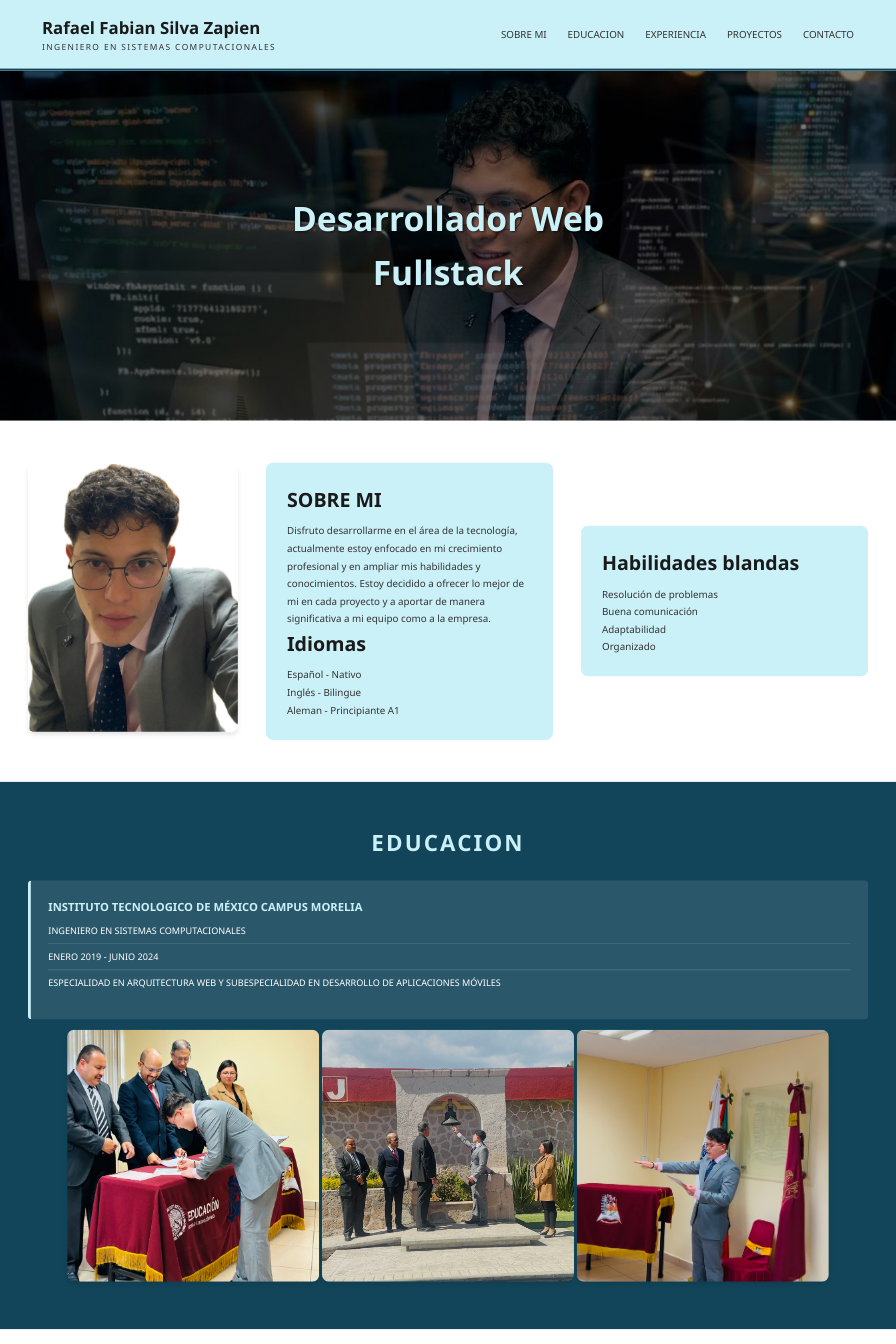
Repository: rafaelsilva2k/mi-portafolio
Page: index.html
The author's editor kept a copy of each file at every save. The page is drawn from the files as they stood at one save, then again after the next save.
The browser window is 1280 px wide. The pictures show the part of the page from y = 0 to 1920 px (the page is 3319 px tall), at 70% of full size.

Above is the page before, as saved 2026-04-17 12:59:29.

### index.html
<!DOCTYPE html>
<html lang="en">
<head>
    <meta charset="UTF-8">
    <meta name="viewport" content="width=device-width, initial-scale=1.0">
    <title>Rafael Fabian Silva Zapien</title>
    <link rel="stylesheet" href="styles.css">
</head>
<body>
    <!-- HEADER: Nombre, Profesión y Menú de Navegación -->
    <header class="header">
        <div class="header-content">
            <div class="logo-section">
                <h1>Rafael Fabian Silva Zapien</h1>
                <p class="profession">INGENIERO EN SISTEMAS COMPUTACIONALES</p>
            </div>

            <nav class="navbar">
                <ul>
                    <li><a href="#sobre-mi">SOBRE MI</a></li>
                    <li><a href="#educacion">EDUCACION</a></li>
                    <li><a href="#experiencia">EXPERIENCIA</a></li>
                    <li><a href="#proyectos">PROYECTOS</a></li>
                    <li><a href="#contacto">CONTACTO</a></li>
                </ul>
            </nav>
        </div>
    </header>

    <!-- HERO SECTION: Imagen grande con texto "Desarrollador Web Fullstack" -->
     <section class="hero">
        <div class="hero-content">
            <h2>Desarrollador Web<br>Fullstack</h2>
        </div>
     </section>

     <!-- SECCIÓN SOBRE MÍ: Foto + Descripción -->
      <section id="sobre-mi" class="sobre-mi">
        <div class="sobre-mi-container">
            <div class="sobre-mi-foto">
                <img src="images/me.png" alt="Rafael Silva">
            </div>
            <div class="sobre-mi-texto">
                <h2>SOBRE MI</h2>
                <p>Disfruto desarrollarme en el área de la tecnología, actualmente estoy enfocado en mi crecimiento profesional y en ampliar mis habilidades y conocimientos. Estoy decidido a ofrecer lo mejor de mi en cada proyecto y a aportar de manera significativa a mi equipo como a la empresa.</p>
                <h2>Idiomas</h2>
                <p>Español - Nativo <br> Inglés - Bilingue <br> Aleman - Principiante A1</p>
            </div>
            <div class="sobre-mi-texto">
                <h2>Habilidades blandas</h2>
                <p> Resolución de problemas <br> Buena comunicación <br> Adaptabilidad <br> Organizado</p>
            </div>
        </div>
      </section>

      <!--Seccion de Educacion-->
      <section id="educacion" class="educacion">
        <h2>EDUCACION</h2>
        <div class="educacion-content">
            <div class="educacion-item">
                <h4>INSTITUTO TECNOLOGICO DE MÉXICO CAMPUS MORELIA</h4>
                <p>INGENIERO EN SISTEMAS COMPUTACIONALES</p>
                <p>ENERO 2019 - JUNIO 2024</p>
                <p>ESPECIALIDAD EN ARQUITECTURA WEB Y SUBESPECIALIDAD EN DESARROLLO DE APLICACIONES MÓVILES</p>
            </div>
            <div class="education-item">
                <div class="education-photos">
                    <img src="images/FirmaTitulacion.jpeg">
                    <img src="images/campanaTitulacion.jpeg">
                    <img src="images/titulacion.jpeg">
                </div>
            </div>
        </div>
      </section>

      <section id="experiencia" class="experiencia">
        <h2>EXPERIENCIA PROFESIONAL</h2>
            <div class="experiencia-content">
                <div class="experiencia-item">
                    <h3>HARMAN a Samsung Company</h3>
                    <p>Residencias Profesionales HARMAN, Samsung Company Enero - Junio 2024 </p><br>
                    <h5>PROYECTO DE SALIDAS MISCELÁNEAS</h5>
                    <p></p>Se trabajo en el desarrolló de una página web que permitió a la empresa
                    controlar y gestionar los productos salientes. Además, se coordinó el flujo de
                    aprobación entre diversas áreas como comercio exterior, logística y seguridad. <br> <br>
                    <h5>PROYECTO COSTO DE BIENES VENDIDOS (COGS)</h5>
                    Se trabajo en la automatización el cálculo de COGS e implementó un módulo
                    que agiliza la obtención de datos para el reporte de COGS, logrando un análisis
                    más detallado y una representación gráfica eficaz de la información.</p>
                </div>
                <div class="experiencia-item">
                    <h3>FIRA - Fideicomisos Instituidos en Relación con la Agricultura</h3>
                    <p>Desarrollador Fullstack en FIRA, Morelia Julio 2024 - Actualidad <br> <br>
                    • Migración, mejora y mantenimiento de múltiples aplicaciones institucionales,
                    entre ellas: Mesa de Servicios, Reservación de Salas, Seguimientos SIPOT,
                    Solicitudes INAI, Ingresos Retenciones, SIPOT, entre otras.
                    Aplicaciones desarrolladas en CodeIgniter (PHP), JavaScript, HTML y CSS,
                    en las cuales realicé correcciones críticas, optimizaciones de rendimiento y
                    mejoras funcionales.
                    Implementación de consumo de APIs internas de FIRA (Capital Humano)
                    cuando fue requerido.
                    Sustitución de vistas de Capital Humano en base de datos por procesos
                    internos más eficientes.
                    Todas las aplicaciones intervenidas fueron migradas a SQL Server 2019. <br>
                    • Desarrollo de un módulo completo dentro de la aplicación Reservación de
                    Salas para la gestión y reservación de cargadores eléctricos para vehículos del
                    personal interno.<br>
                    • Colaboración en la aplicación Siniestralidad, desarrollada originalmente en
                    ASP, la cual fue migrada a SQL Server 2019 y sometida a una limpieza y
                    depuración general. Posteriormente se detectaron fallas en el funcionamiento y
                    realicé los ajustes necesarios para su correcta operación.<br>
                    • Participación en la migración de la aplicación Firma Electrónica, actualizando
                    la plataforma de Java 1.4 a Java 17, así como la migración de Tomcat y todos
                    los cambios estructurales requeridos para garantizar compatibilidad y
                    estabilidad.<br>
                    • Elaboración de documentación técnica detallada para todos los proyectos,
                    facilitando futuras tareas de mantenimiento, soporte y transferencia de
                    conocimiento dentro del equipo. Apoyo adicional en la preparación de
                    documentación para describir cambio</p>
                </div>
            </div>
      </section>

      <!--Seccion de proyectos-->
      <section id="proyectos" class="proyectos">
        <h2>PROYECTOS</h2>
        <div class="proyectos-content">
            <div class="proyectos-item">
                <h4>Primer proyecto</h4>
                <img src="" alt="Proyecto-1-name">
            </div>
            <div class="proyectos-item">
                <h4> Segundo proyecto</h4>
                <img src="" alt="Proyecto-2-name">
            </div>
            <div class="proyectos-item">
                <h4>Tercer proyecto</h4>
                <img src="" alt="proyecto-3-name">
            </div>
        </div>
      </section>

      <section id="contacto" class="contacto">
        <h2>Contacto</h2>
        <div class="contacto-content">
            <p>Email: rafaelsilva2k256@gmail.com</p>
            <p>LinkedIn: <a href="www.linkedin.com/in/rafael-fabian-silva-zapien-a124ba247">Perfil de Linkedin</a></p>
            <p>GitHub: <a href="#">Tu GitHub</a></p>
        </div>
      </section>

      <!--footer-->
      <footer class="footer">
        <p>&copy; 2024 Rafael Fabian Silva Zapien. Todos los derechos reservados.</p>
      </footer>

      <script src="script.js"></script>
</body>
</html>

### styles.css
/* ============================================
   RESET Y VARIABLES GLOBALES
   ============================================ */

* {
    margin: 0;
    padding: 0;
    box-sizing: border-box;
}

:root {
    --color-primary: #caf0f8;      /* Amarillo */
    --color-secondary: #124559;    /* Dorado/Marrón */
    --color-dark: #1a1a1a;         /* Negro */
    --color-text: #333333;         /* Texto gris oscuro */
    --color-white: #ffffff;        /* Blanco */
}

body {
    font-family: 'Segoe UI', Tahoma, Geneva, Verdana, sans-serif;
    color: var(--color-text);
    line-height: 1.6;
}

/* ============================================
   HEADER - Menú y nombre
   ============================================ */

.header {
    background-color: var(--color-primary);
    padding: 20px 0;
    border-bottom: 3px solid var(--color-secondary);
    position: sticky;
    top: 0;
    z-index: 100;
}

.header-content {
    max-width: 1200px;
    margin: 0 auto;
    padding: 0 20px;

    /* FLEXBOX: Alinea nombre a la izquierda y menú a la derecha */
    display: flex;
    justify-content: space-between;
    align-items: center;
}

.logo-section h1 {
    font-size: 24px;
    font-weight: bold;
    color: var(--color-dark);
}

.profession {
    font-size: 12px;
    color: var(--color-text);
    letter-spacing: 2px;
}

/* NAVEGACIÓN - Menú horizontal */
.navbar ul {
    list-style: none;

    /* FLEXBOX: Alinea los items del menú horizontalmente */
    display: flex;
    gap: 30px;
}

.navbar a {
    text-decoration: none;
    color: var(--color-text);
    font-size: 14px;
    font-weight: 500;
    transition: color 0.3s ease;
}

.navbar a:hover {
    color: var(--color-secondary);
}

/* ============================================
   HERO SECTION - Imagen grande
   ============================================ */

.hero {
    background: linear-gradient(rgba(0, 0, 0, 0.5), rgba(0, 0, 0, 0.5)),
                url('images/iaGeneratedMe.jpeg');
    background-size: cover;
    background-position: center;
    height: 500px;

    /* FLEXBOX: Centra el texto en el hero */
    display: flex;
    align-items: center;
    justify-content: center;
    text-align: center;
}

.hero-content h2 {
    font-size: 48px;
    color: var(--color-primary);
    font-weight: bold;
    text-shadow: 2px 2px 4px rgba(0, 0, 0, 0.7);
}

/* ============================================
   SECCIÓN SOBRE MÍ
   ============================================ */

.sobre-mi {
    padding: 60px 20px;
    background-color: var(--color-white);
}

.sobre-mi-container {
    max-width: 1200px;
    margin: 0 auto;

    /* FLEXBOX: Alinea foto a la izquierda y texto a la derecha */
    display: flex;
    gap: 40px;
    align-items: center;
}

.sobre-mi-foto {
    flex: 0 0 300px;  /* Ancho fijo de 300px */
}

.sobre-mi-foto img {
    width: 100%;
    border-radius: 10px;
    box-shadow: 0 4px 6px rgba(0, 0, 0, 0.1);
}

.sobre-mi-texto {
    flex: 1;  /* Ocupa el espacio restante */
    background-color: var(--color-primary);
    padding: 30px;
    border-radius: 10px;
}

.sobre-mi-texto h2 {
    font-size: 28px;
    margin-bottom: 10px;
    color: var(--color-dark);
}

.sobre-mi-texto h3 {
    font-size: 14px;
    letter-spacing: 2px;
    margin-bottom: 20px;
    color: var(--color-secondary);
}

.sobre-mi-texto p {
    font-size: 14px;
    line-height: 1.8;
    color: var(--color-text);
}

/* ============================================
   SECCIÓN EDUCACIÓN
   ============================================ */

.educacion {
    padding: 60px 20px;
    background-color: var(--color-secondary);
    color: var(--color-white);
}

.educacion h2 {
    font-size: 32px;
    margin-bottom: 30px;
    text-align: center;
    color: var(--color-primary);
    letter-spacing: 3px;
}

.educacion-content {
    max-width: 1200px;
    margin: 0 auto;
}

.educacion-item {
    background-color: rgba(255, 255, 255, 0.1);
    padding: 25px;
    margin-bottom: 15px;
    border-left: 4px solid var(--color-primary);
    border-radius: 5px;
}

.educacion-item h4 {
    font-size: 16px;
    margin-bottom: 10px;
    color: var(--color-primary);
}

.educacion-item p {
    font-size: 13px;
    margin-bottom: 8px;
    padding-bottom: 8px;
    border-bottom: 1px solid rgba(255, 255, 255, 0.2);
}

.educacion-item p:last-child {
    border-bottom: none;
}

.education-photos {
    flex: 0 0 300px;  /* Ancho fijo de 300px */
    text-align: center;
}

.education-photos img {
    width: 30%;
    border-radius: 10px;
    box-shadow: 0 4px 6px rgba(0, 0, 0, 0.1);
}

/* ============================================
   SECCIÓN EXPERIENCIA
   ============================================ */

.experiencia {
    padding: 60px 20px;
    background-color: var(--color-white);
}

.experiencia h2 {
    font-size: 32px;
    margin-bottom: 30px;
    text-align: center;
    color: var(--color-secondary);
    letter-spacing: 3px;
}

.experiencia-content {
    max-width: 1200px;
    margin: 0 auto;

    /* FLEXBOX: Coloca los items uno al lado del otro */
    display: flex;
    gap: 30px;
}

.experiencia-item {
    flex: 1;
    background-color: var(--color-primary);
    padding: 25px;
    border-radius: 8px;
    border-left: 4px solid var(--color-secondary);
}

.experiencia-item h4 {
    font-size: 16px;
    margin-bottom: 10px;
    color: var(--color-dark);
}

.experiencia-item p {
    font-size: 13px;
    color: var(--color-text);
}

/* ============================================
   SECCIÓN PROYECTOS
   ============================================ */

.proyectos {
    padding: 60px 20px;
    background-color: var(--color-primary);
}

.proyectos h2 {
    font-size: 32px;
    margin-bottom: 30px;
    text-align: center;
    color: var(--color-secondary);
    letter-spacing: 3px;
}

.proyectos-content {
    max-width: 1200px;
    margin: 0 auto;

    /* FLEXBOX: Coloca las tarjetas en 3 columnas */
    display: flex;
    gap: 25px;
    justify-content: space-between;
}

.proyectos-item {
    flex: 1;
    background-color: var(--color-white);
    padding: 20px;
    border-radius: 8px;
    box-shadow: 0 2px 8px rgba(0, 0, 0, 0.1);
    transition: transform 0.3s ease;
}

.proyectos-item:hover {
    transform: translateY(-5px);
}

.proyectos-item h4 {
    font-size: 16px;
    margin-bottom: 15px;
    color: var(--color-dark);
}

.proyectos-item img {
    width: 100%;
    height: 200px;
    object-fit: cover;
    border-radius: 5px;
    background-color: var(--color-secondary);
}

/* ============================================
   SECCIÓN CONTACTO
   ============================================ */

.contacto {
    padding: 60px 20px;
    background-color: var(--color-secondary);
    color: var(--color-white);
    text-align: center;
}

.contacto h2 {
    font-size: 32px;
    margin-bottom: 30px;
    color: var(--color-primary);
    letter-spacing: 3px;
}

.contacto-content {
    max-width: 600px;
    margin: 0 auto;
    font-size: 14px;
    line-height: 2;
}

.contacto-content a {
    color: var(--color-primary);
    text-decoration: none;
    font-weight: bold;
}

.contacto-content a:hover {
    text-decoration: underline;
}

/* ============================================
   FOOTER
   ============================================ */

.footer {
    background-color: var(--color-dark);
    color: var(--color-white);
    text-align: center;
    padding: 20px;
    font-size: 12px;
}

/* ============================================
   RESPONSIVE - Para dispositivos móviles
   ============================================ */

@media (max-width: 768px) {
    .header-content {
        flex-direction: column;
        gap: 20px;
    }

    .navbar ul {
        gap: 15px;
        font-size: 12px;
    }

    .sobre-mi-container {
        flex-direction: column;
    }

    .sobre-mi-foto {
        flex: 0 0 200px;
    }

    .experiencia-content {
        flex-direction: column;
    }

    .proyectos-content {
        flex-direction: column;
    }

    .hero-content h2 {
        font-size: 32px;
    }
}

Loaded but not shown: script.js (no copy from this time; the picture is the same without it)

After the next save:
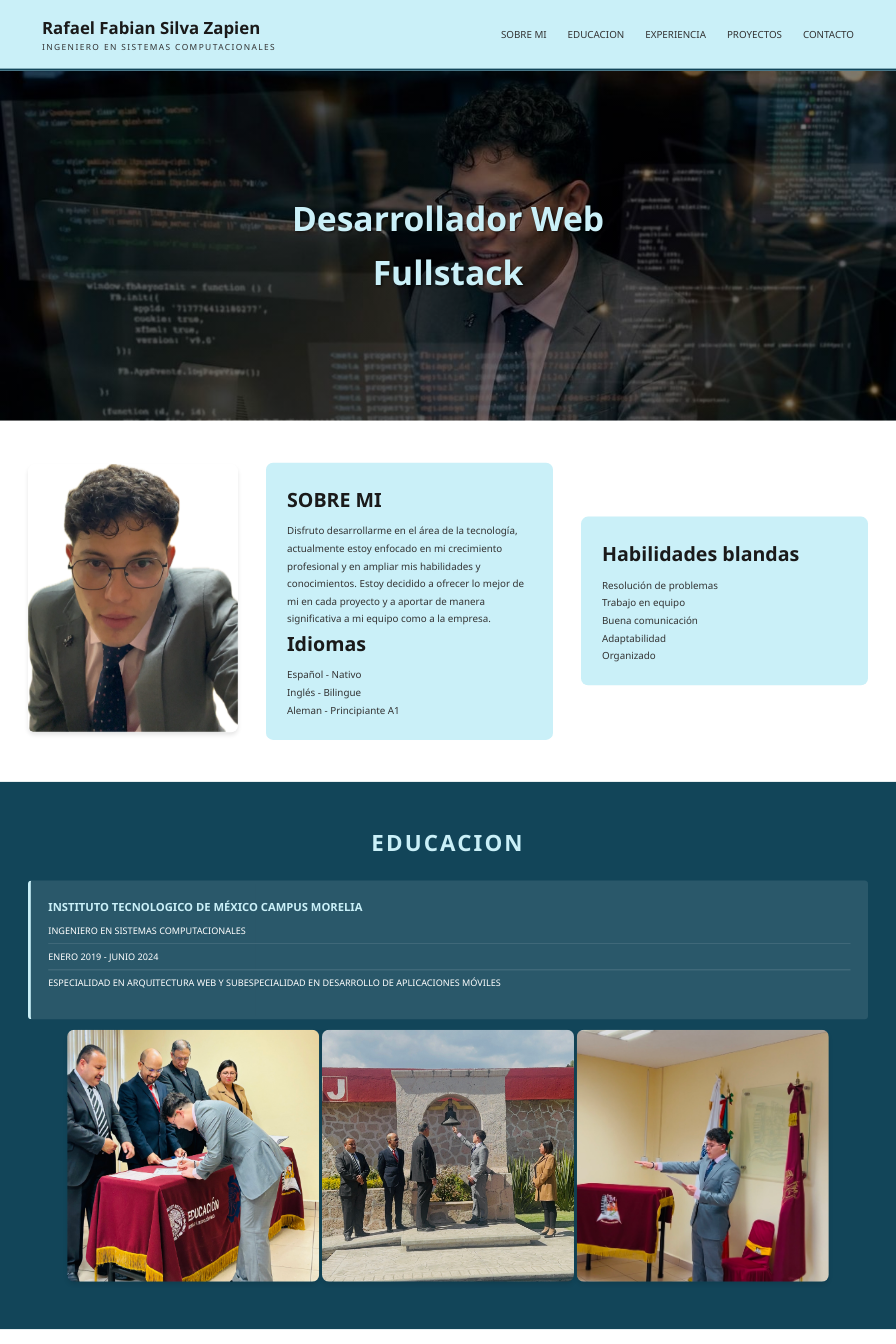
Saved 8 s later.
--- a/index.html
+++ b/index.html
@@ -48,7 +48,7 @@
             </div>
             <div class="sobre-mi-texto">
                 <h2>Habilidades blandas</h2>
-                <p> Resolución de problemas <br> Buena comunicación <br> Adaptabilidad <br> Organizado</p>
+                <p> Resolución de problemas <br> Trabajo en equipo  <br> Buena comunicación <br> Adaptabilidad <br> Organizado</p>
             </div>
         </div>
       </section>

After the save that followed:
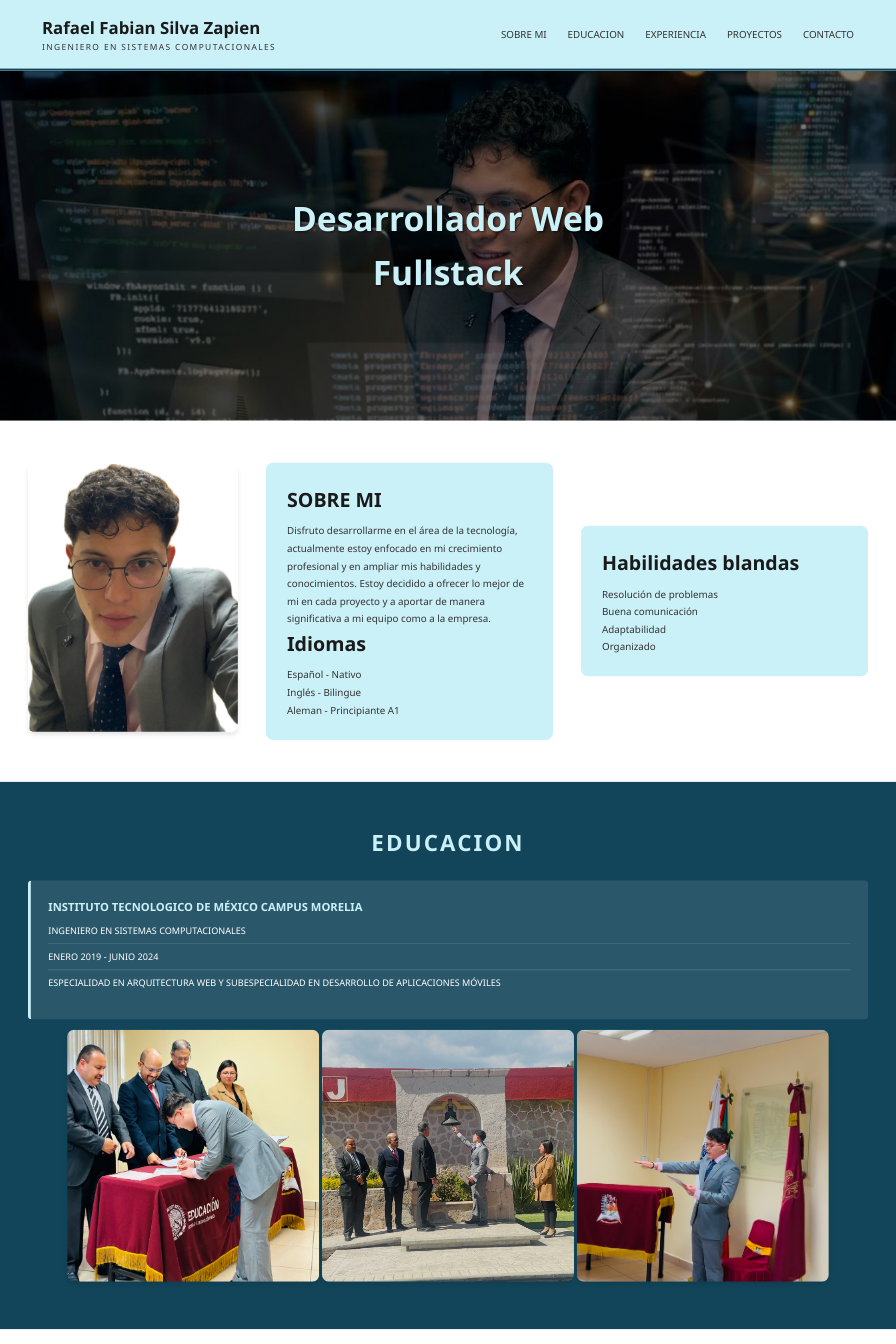
Saved 5 s later.
--- a/index.html
+++ b/index.html
@@ -48,7 +48,7 @@
             </div>
             <div class="sobre-mi-texto">
                 <h2>Habilidades blandas</h2>
-                <p> Resolución de problemas <br> Trabajo en equipo  <br> Buena comunicación <br> Adaptabilidad <br> Organizado</p>
+                <p> Resolución de problemas <br> Buena comunicación <br> Adaptabilidad <br> Organizado</p>
             </div>
         </div>
       </section>
